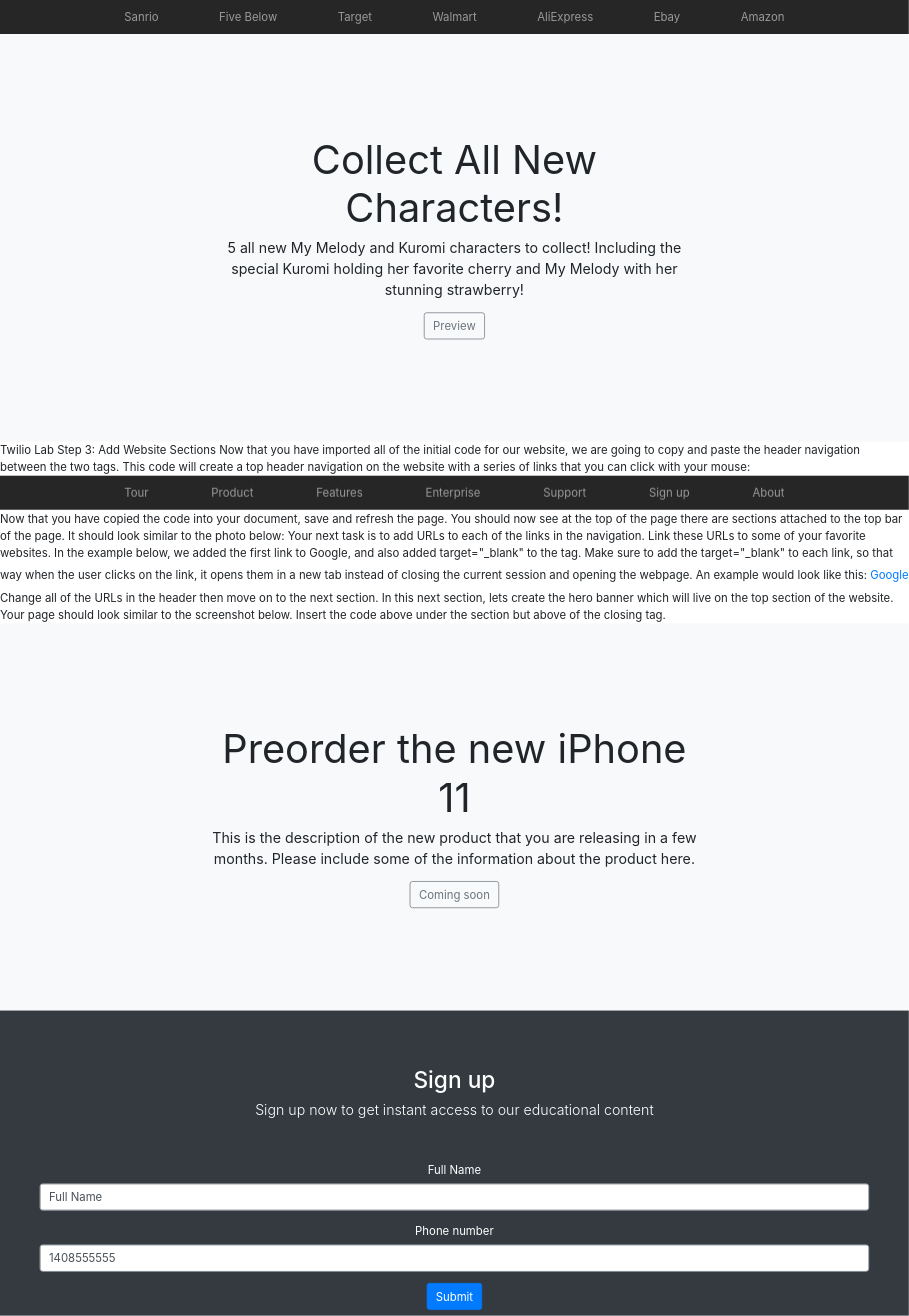
Repository: sflor132/Stephanie-Flores---Resume
Page: LearnCS8-Twilio/index.html
The author's editor kept a record of every edit. The page is drawn from the files as they stood at one moment, then again after the next edit.
The browser window is 1280 px wide. The pictures show the whole page, at 71% of full size.

Above is the page before.

After the next edit:
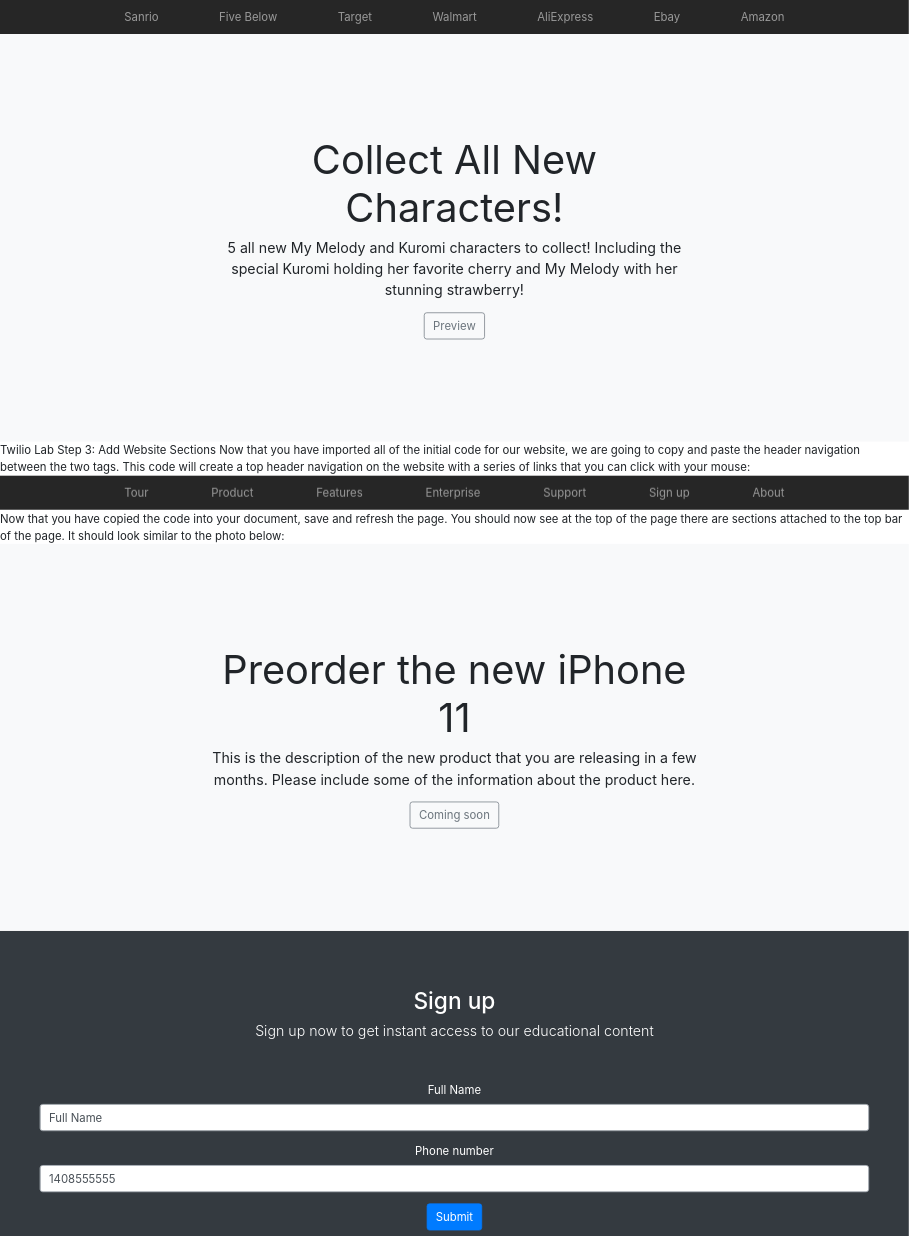
The edit:
--- a/LearnCS8-Twilio/index.html
+++ b/LearnCS8-Twilio/index.html
@@ -58,11 +58,7 @@
 
 
 
-Your next task is to add URLs to each of the links in the navigation. Link these URLs to some of your favorite websites. In the example below, we added the first link to Google, and also added target="_blank" to the tag. Make sure to add the target="_blank" to each link, so that way when the user clicks on the link, it opens them in a new tab instead of closing the current session and opening the webpage. An example would look like this:
 
-<a class="py-2 d-none d-md-inline-block" id="menu-item-1" href="https://google.com" target="_blank">Google</a>
-Change all of the URLs in the header then move on to the next section.
-In this next section, lets create the hero banner which will live on the top section of the website. Your page should look similar to the screenshot below. Insert the code above under the </nav> section but above of the closing </body> tag.
 
 <!-- Main Header Section h1-->
 <div class="position-relative overflow-hidden p-3 p-md-5 m-md-0 text-center bg-light">
